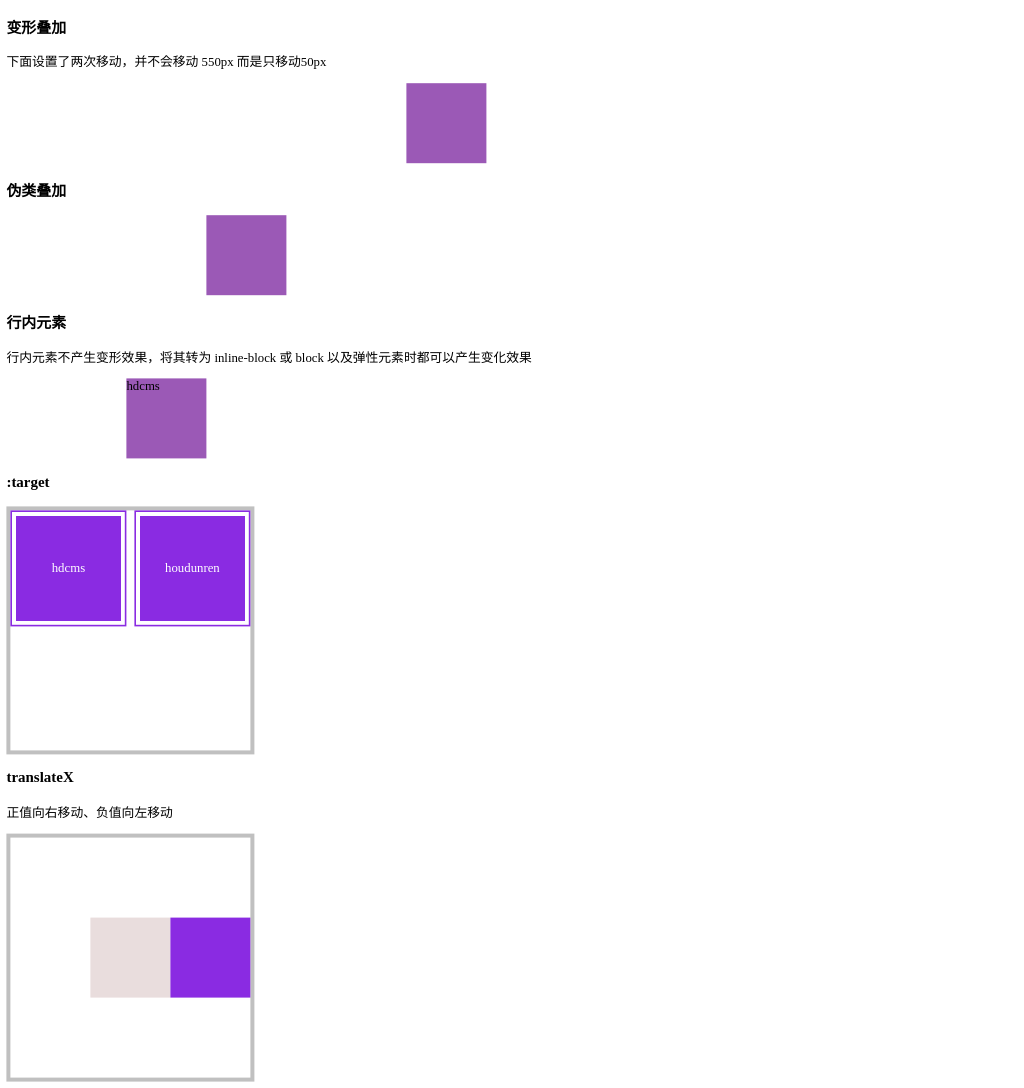
Repository: Aissd/animateDemo
Page: translate.html
An editor plug-in stored every save of this project. The page is shown before and after the next save, followed by the edit.
The browser window is 1280 px wide. The pictures show the whole page, at 80% of full size.

Above is the page before, as saved 2020-05-11 21:59:30.

### translate.html
<!DOCTYPE html>
<html lang="en">
<head>
    <meta charset="UTF-8">
    <meta name="viewport" content="width=device-width, initial-scale=1.0">
    <title>变形动画</title>
    <link rel="stylesheet" href="./css/translate.css" />
</head>
<body>
    <div class="container">
        <section class="demo-section">
            <h3>变形叠加</h3>
            <p>下面设置了两次移动，并不会移动 550px 而是只移动50px</p>
            <div class="demo01"></div>
        </section>

        <section class="demo-section">
            <h3>伪类叠加</h3>
            <div class="demo02"></div>
        </section>

        <section class="demo-section">
            <h3>行内元素</h3>
            <p>行内元素不产生变形效果，将其转为 inline-block 或 block 以及弹性元素时都可以产生变化效果</p>
            <span class="demo03">hdcms</span>
        </section>

        <section class="demo-section">
            <h3>:target</h3>
            <article class="demo04">
                <div>
                    <a href="#hdcms">hdcms</a>
                    <aside id="hdcms">内容管理系统</aside>
                </div>
                <div>
                    <a href="#houdunren">houdunren</a>
                    <aside id="houdunren">在线社区</aside>
                </div>
            </article>
        </section>

        <section class="demo-section">
            <h3>translateX</h3>
            <p>正值向右移动、负值向左移动</p>
            <article class="demo05">
                <div></div>
                <div></div>
            </article>
        </section>
    </div>
</body>
</html>

### css/translate.css
.demo01 {
    transform: translateX(500px);
    width: 100px;
    height: 100px;
    background: #9b59b6;
}

.demo01:nth-child(1) {
    transform: translateX(50px);
}

.demo02 {
    transition: 2s;
    transform: translateX(200px) translateX(50px);
    width: 100px;
    height: 100px;
    background: #9b59b6;
    transition: 2s;
}

.demo02:hover {
    transform: translateX(100px);
}

.demo03 {
    display: inline-block; /* 去掉这行就失效了 */
    transition: 2s;
    transform: translateX(100px) translateX(50px);
    width: 100px;
    height: 100px;
    background: #9b59b6;
    transition: 2s;
}

.demo03:hover {
    transform: translateX(100px);
}

.demo04 {
    width: 300px;
    height: 300px;
    display: grid;
    gap: 10px;
    grid-template-columns: repeat(2, 1fr);
    grid-template-rows: repeat(2, 1fr);
    position: relative;
    border: 5px solid silver;
    color: #fff;
}

.demo04 div a {
    color: #fff;
    text-decoration: none;
}

.demo04 div,
.demo04 div aside {
    background: blueviolet;
    background-clip: content-box;
    padding: 5px;
    border: solid 2px blueviolet;
    box-sizing: border-box;
    display: flex;
    justify-content: center;
    align-items: center;
    position: relative;
}

.demo04 div aside {
    position: absolute;
    display: none;
    width: 100px;
    height: 100px;
}

.demo04 aside:target {
    display: block;
    transform: translateY(150px);
    box-shadow: 0 0 10px #ddd;
}


.demo05 {
    width: 300px;
    height: 300px;
    position: relative;
    border: solid 5px silver;
}

.demo05 div {
    width: 100px;
    height: 100px;
    background: blueviolet;
    box-sizing: border-box;
    position: absolute;
    left: 50%;
    margin-left: -50px;
    top: 50%;
    margin-top: -50px;
}

.demo05 div:nth-child(1) {
    background: #e9dddd;
}

.demo05 div:nth-child(2) {
    transform: translateX(100px);
}

After the next save:
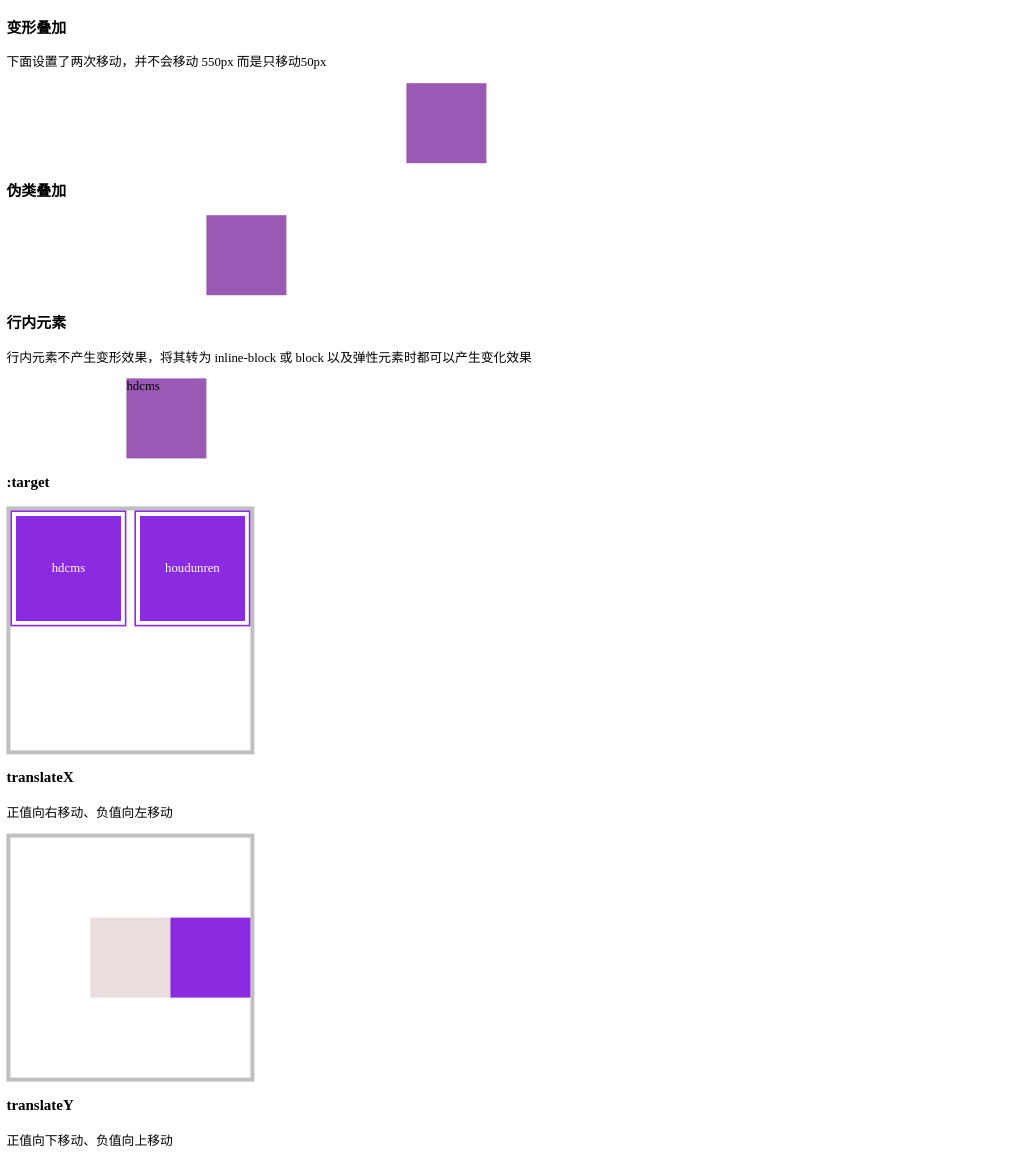
Saved 2 min 43 s later.
--- a/translate.html
+++ b/translate.html
@@ -47,6 +47,15 @@
                 <div></div>
             </article>
         </section>
+
+        <section class="demo-section">
+            <h3>translateY</h3>
+            <p>正值向下移动、负值向上移动</p>
+            <article class="demo06">
+                <div></div>
+                <div></div>
+            </article>
+        </section>
     </div>
 </body>
 </html>
